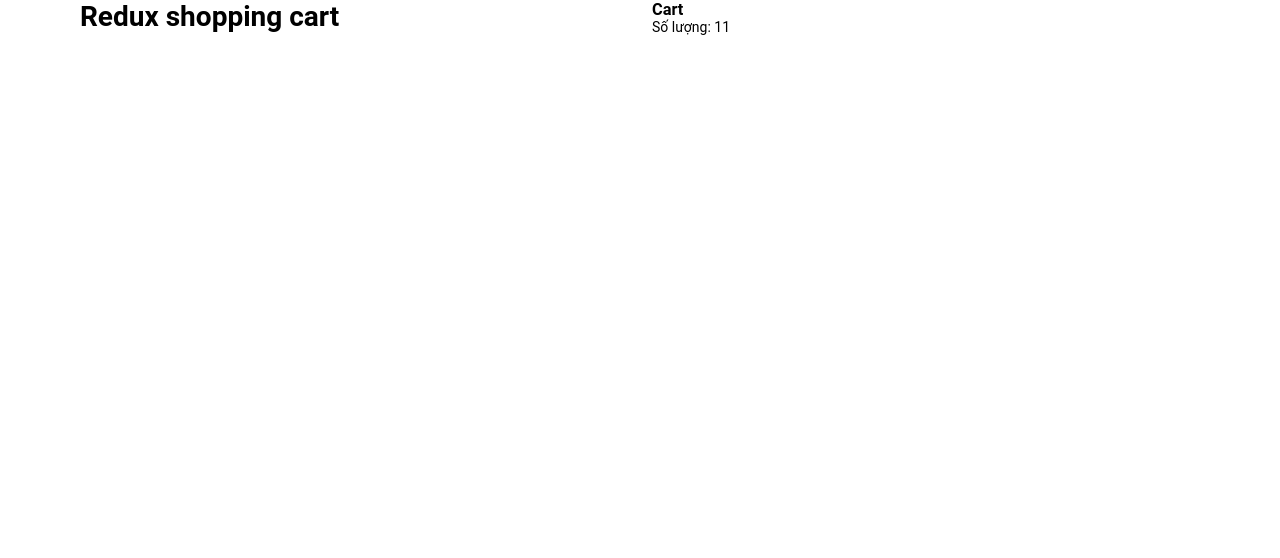
Repository: tungdt-95/test
Page: /
The author's editor kept a copy of each file at every save. The page is drawn from the files as they stood at one save, then again after the next save.
The browser window is 1280 px wide. The pictures show the whole page.
The project was rebuilt for these pictures with package versions that can differ from the ones it lists, and the page was loaded fresh each time. Also part of the build but not shown: src/App.css, src/component/Cart.js.

Above is the page before, as saved 2022-01-04 19:47:44.

### src/index.js
import React from 'react';
import ReactDOM from 'react-dom';
import './css/index.css';
import App from './App';
import reportWebVitals from './reportWebVitals';
import { Provider} from "react-redux"
import store from "./redux/store"
ReactDOM.render(
  <React.StrictMode>
    <Provider store={store}>
     <App />
    </Provider>
  </React.StrictMode>,
  document.getElementById('root')
);

// If you want to start measuring performance in your app, pass a function
// to log results (for example: reportWebVitals(console.log))
// or send to an analytics endpoint. Learn more: https://bit.ly/CRA-vitals
reportWebVitals();

### src/css/index.css
@import "./grid.css";
*
{
  margin: 0;
  padding: 0;
  box-sizing: border-box;
}
html
{
  font-size: 14px;
}
body
{
  font-family: 'Roboto', sans-serif;
}
ul
{
  list-style-type: none;
}
a
{
  text-decoration: none;
  color: unset;
}
img
{
    width: 200px;
    height: 200px;
}

### src/App.js

import './App.css';
import React from "react";
import Products from './component/Products';
import Cart from "./component/Cart";
import Navbar from './component/Navbar';
import { BrowserRouter as Router, Switch, Route } from "react-router-dom";
function App() {
  return (
    <Router>
      <Navbar></Navbar>
      <Switch>
        <Route exact path="/cart" component={Cart}></Route>
        <Route exact path="/" component={Products}></Route>
      </Switch>
    </Router>

  );
}

export default App;

### src/redux/store.js
import { createStore} from "redux"
import rootReducer from "./rootReducer";
import {composeWithDevTools} from "redux-devtools-extension"
const store = createStore(rootReducer,composeWithDevTools());


export default store;

### src/css/grid.css

/*
                        l:PC
                        m:TAPLET
                        c:MOBILE
*/


.grid {
    width: 100%;
    display: block;
    padding: 0;
}

.grid.wide {
    max-width: 1200px;
    margin: 0 auto;
    padding: 0 40px;
}

.row {
    display: flex;
    flex-wrap: wrap;
    margin-left: -8px;
    margin-right: -8px;
}

.row.no-gutters {
    margin-left: 0;
    margin-right: 0;
}

.col {
    padding-left: 4px;
    padding-right: 4px;
}

.row.no-gutters .col {
    padding-left: 0;
    padding-right: 0;
}

.c-0 {
    display: none;
}

.c-1 {
    flex: 0 0 8.33333%;
    max-width: 8.33333%;
}

.c-2 {
    flex: 0 0 16.66667%;
    max-width: 16.66667%;
}

.c-3 {
    flex: 0 0 25%;
    max-width: 25%;
}

.c-4 {
    flex: 0 0 33.33333%;
    max-width: 33.33333%;
}

.c-5 {
    flex: 0 0 41.66667%;
    max-width: 41.66667%;
}

.c-6 {
    flex: 0 0 50%;
    max-width: 50%;
}

.c-7 {
    flex: 0 0 58.33333%;
    max-width: 58.33333%;
}

.c-8 {
    flex: 0 0 66.66667%;
    max-width: 66.66667%;
}

.c-9 {
    flex: 0 0 75%;
    max-width: 75%;
}

.c-10 {
    flex: 0 0 83.33333%;
    max-width: 83.33333%;
}

.c-11 {
    flex: 0 0 91.66667%;
    max-width: 91.66667%;
}

.c-12 {
    flex: 0 0 100%;
    max-width: 100%;
}

.c-o-1 {
    margin-left: 8.33333%;
}

.c-o-2 {
    margin-left: 16.66667%;
}

.c-o-3 {
    margin-left: 25%;
}

.c-o-4 {
    margin-left: 33.33333%;
}

.c-o-5 {
    margin-left: 41.66667%;
}

.c-o-6 {
    margin-left: 50%;
}

.c-o-7 {
    margin-left: 58.33333%;
}

.c-o-8 {
    margin-left: 66.66667%;
}

.c-o-9 {
    margin-left: 75%;
}

.c-o-10 {
    margin-left: 83.33333%;
}

.c-o-11 {
    margin-left: 91.66667%;
}

/* >= Tablet */
@media (min-width: 740px) {
    .row {
        margin-left: -8px;
        margin-right: -8px;
    }

    .col {
        padding-left: 8px;
        padding-right: 8px;
    }

    .m-0 {
        display: none;
    }

    .m-1,
    .m-2,
    .m-3,
    .m-4,
    .m-5,
    .m-6,
    .m-7,
    .m-8,
    .m-9,
    .m-10,
    .m-11,
    .m-12 {
        display: block;
    }

    .m-1 {
        flex: 0 0 8.33333%;
        max-width: 8.33333%;
    }

    .m-2 {
        flex: 0 0 16.66667%;
        max-width: 16.66667%;
    }

    .m-3 {
        flex: 0 0 25%;
        max-width: 25%;
    }

    .m-4 {
        flex: 0 0 33.33333%;
        max-width: 33.33333%;
    }

    .m-5 {
        flex: 0 0 41.66667%;
        max-width: 41.66667%;
    }

    .m-6 {
        flex: 0 0 50%;
        max-width: 50%;
    }

    .m-7 {
        flex: 0 0 58.33333%;
        max-width: 58.33333%;
    }

    .m-8 {
        flex: 0 0 66.66667%;
        max-width: 66.66667%;
    }

    .m-9 {
        flex: 0 0 75%;
        max-width: 75%;
    }

    .m-10 {
        flex: 0 0 83.33333%;
        max-width: 83.33333%;
    }

    .m-11 {
        flex: 0 0 91.66667%;
        max-width: 91.66667%;
    }

    .m-12 {
        flex: 0 0 100%;
        max-width: 100%;
    }

    .m-o-1 {
        margin-left: 8.33333%;
    }

    .m-o-2 {
        margin-left: 16.66667%;
    }

    .m-o-3 {
        margin-left: 25%;
    }

    .m-o-4 {
        margin-left: 33.33333%;
    }

    .m-o-5 {
        margin-left: 41.66667%;
    }

    .m-o-6 {
        margin-left: 50%;
    }

    .m-o-7 {
        margin-left: 58.33333%;
    }

    .m-o-8 {
        margin-left: 66.66667%;
    }

    .m-o-9 {
        margin-left: 75%;
    }

    .m-o-10 {
        margin-left: 83.33333%;
    }

    .m-o-11 {
        margin-left: 91.66667%;
    }
}

/* PC medium resolution > */
@media (min-width: 1113px) {
    .row {
        margin-left: -12px;
        margin-right: -12px;
    }

    .row.sm-gutter {
        margin-left: -5px;
        margin-right: -5px;
    }

    .col {
        padding-left: 12px;
        padding-right: 12px;
    }

    .row.sm-gutter .col {
        padding-left: 5px;
        padding-right: 5px;
    }

    .l-0 {
        display: none;
    }

    .l-1,
    .l-2,
    .l-2-4,
    .l-3,
    .l-4,
    .l-5,
    .l-6,
    .l-7,
    .l-8,
    .l-9,
    .l-10,
    .l-11,
    .l-12 {
        display: block;
    }

    .l-1 {
        flex: 0 0 8.33333%;
        max-width: 8.33333%;
    }

    .l-2 {
        flex: 0 0 16.66667%;
        max-width: 16.66667%;
    }

    .l-2-4 {
        flex: 0 0 20%;
        max-width: 20%;
    }

    .l-3 {
        flex: 0 0 25%;
        max-width: 25%;
    }

    .l-4 {
        flex: 0 0 33.33333%;
        max-width: 33.33333%;
    }

    .l-5 {
        flex: 0 0 41.66667%;
        max-width: 41.66667%;
    }

    .l-6 {
        flex: 0 0 50%;
        max-width: 50%;
    }

    .l-7 {
        flex: 0 0 58.33333%;
        max-width: 58.33333%;
    }

    .l-8 {
        flex: 0 0 66.66667%;
        max-width: 66.66667%;
    }

    .l-9 {
        flex: 0 0 75%;
        max-width: 75%;
    }

    .l-10 {
        flex: 0 0 83.33333%;
        max-width: 83.33333%;
    }

    .l-11 {
        flex: 0 0 91.66667%;
        max-width: 91.66667%;
    }

    .l-12 {
        flex: 0 0 100%;
        max-width: 100%;
    }

    .l-o-1 {
        margin-left: 8.33333%;
    }

    .l-o-2 {
        margin-left: 16.66667%;
    }

    .l-o-3 {
        margin-left: 25%;
    }

    .l-o-4 {
        margin-left: 33.33333%;
    }

    .l-o-5 {
        margin-left: 41.66667%;
    }

    .l-o-6 {
        margin-left: 50%;
    }

    .l-o-7 {
        margin-left: 58.33333%;
    }

    .l-o-8 {
        margin-left: 66.66667%;
    }

    .l-o-9 {
        margin-left: 75%;
    }

    .l-o-10 {
        margin-left: 83.33333%;
    }

    .l-o-11 {
        margin-left: 91.66667%;
    }
}

/* Tablet - PC low resolution */
@media (min-width: 740px) and (max-width: 1023px) {
    .wide {
        width: 644px;
    }
}

/* > PC low resolution */
@media (min-width: 1024px) and (max-width: 1239px) {
    .wide {
        width: 984px;
    }

    .wide .row {
        margin-left: -12px;
        margin-right: -12px;
    }

    .wide .row.sm-gutter {
        margin-left: -5px;
        margin-right: -5px;
    }

    .wide .col {
        padding-left: 12px;
        padding-right: 12px;
    }

    .wide .row.sm-gutter .col {
        padding-left: 5px;
        padding-right: 5px;
    }

    .wide .l-0 {
        display: none;
    }

    .wide .l-1,
    .wide .l-2,
    .wide .l-2-4,
    .wide .l-3,
    .wide .l-4,
    .wide .l-5,
    .wide .l-6,
    .wide .l-7,
    .wide .l-8,
    .wide .l-9,
    .wide .l-10,
    .wide .l-11,
    .wide .l-12 {
        display: block;
    }

    .wide .l-1 {
        flex: 0 0 8.33333%;
        max-width: 8.33333%;
    }

    .wide .l-2 {
        flex: 0 0 16.66667%;
        max-width: 16.66667%;
    }

    .wide .l-2-4 {
        flex: 0 0 20%;
        max-width: 20%;
    }

    .wide .l-3 {
        flex: 0 0 25%;
        max-width: 25%;
    }

    .wide .l-4 {
        flex: 0 0 33.33333%;
        max-width: 33.33333%;
    }

    .wide .l-5 {
        flex: 0 0 41.66667%;
        max-width: 41.66667%;
    }

    .wide .l-6 {
        flex: 0 0 50%;
        max-width: 50%;
    }

    .wide .l-7 {
        flex: 0 0 58.33333%;
        max-width: 58.33333%;
    }

    .wide .l-8 {
        flex: 0 0 66.66667%;
        max-width: 66.66667%;
    }

    .wide .l-9 {
        flex: 0 0 75%;
        max-width: 75%;
    }

    .wide .l-10 {
        flex: 0 0 83.33333%;
        max-width: 83.33333%;
    }

    .wide .l-11 {
        flex: 0 0 91.66667%;
        max-width: 91.66667%;
    }

    .wide .l-12 {
        flex: 0 0 100%;
        max-width: 100%;
    }

    .wide .l-o-1 {
        margin-left: 8.33333%;
    }

    .wide .l-o-2 {
        margin-left: 16.66667%;
    }

    .wide .l-o-3 {
        margin-left: 25%;
    }

    .wide .l-o-4 {
        margin-left: 33.33333%;
    }

    .wide .l-o-5 {
        margin-left: 41.66667%;
    }

    .wide .l-o-6 {
        margin-left: 50%;
    }

    .wide .l-o-7 {
        margin-left: 58.33333%;
    }

    .wide .l-o-8 {
        margin-left: 66.66667%;
    }

    .wide .l-o-9 {
        margin-left: 75%;
    }

    .wide .l-o-10 {
        margin-left: 83.33333%;
    }

    .wide .l-o-11 {
        margin-left: 91.66667%;
    }
}

### src/component/Products.js
import React from 'react';
import { connect } from "react-redux";
import Product from "./Product";



const Products = ({ products }) => {
console.log("🚀 ~ file: Products.js ~ line 8 ~ Products ~ products", products)
    return (
        <div className='grid wide'>
            <div className='row'>
                {
                    // products.map((prod) =>
                    // (
                    //     <Product key={prod.id} productData={prod}/>
                    // ))
                }
            </div>
        </div>
    );
};

const mapStatetoProp = state => {
    return {
        products: state.cart.products,
    }
}

const mapdispatchtoprop = dispatch => {
    return {
        // Addtocart: (id) => dispatch(Addtocart(id))
    }
}

export default connect(mapStatetoProp, mapdispatchtoprop)(Products);

### src/component/Navbar.js
import React from 'react';
import { Link } from "react-router-dom"
const Navbar = () => {
    return (
        <div className='grid wide' style={{ marginBottom: 40 }}>
            <div className='row'>
                <div className='col l-6'>
                    <Link to="/">
                        <h1>Redux shopping cart</h1>

                    </Link>
                </div>

                <div className='col l-6'>
                    <div>
                        <Link to="/cart">
                            <h3>Cart</h3>

                        </Link>
                        <p>Số lượng: 11</p>
                    </div>
                </div>

            </div>


        </div>
    );
};

export default Navbar;

### src/redux/rootReducer.js
import {combineReducers} from "redux";

import CartReducer from "./actions/actions-reducer"


const rootReducer = combineReducers({

    cart: CartReducer,
})




export default rootReducer;

### src/redux/actions/actions-reducer.js
import * as actionTypes from "./actions-type";


const Initstate = {
    products: [
        {
            id: 1,
            img: "https://mrsimple.s3.cloud.cmctelecom.vn/images/products/3145/1024x15368GI6Pa7SBv4UHTg4JQwo3AaC1MWrKkOfiSVxCbF4.jpeg",
            title: "ÁO PHOLO SỌC XANH THỦY THỦ",
            price: "336.000",
        },
        {
            id: 2,
            img: "https://mrsimple.s3.cloud.cmctelecom.vn/images/products/3131/1024x1536Ubkl50DI4Hgb5VwcHhOM6O5cwXvcGhTIumeem1uY.jpeg",
            title: "ÁO POLO LOGO MRSIMPLE",
            price: "250.000"
        },
        {
            id: 3,
            img: "https://mrsimple.s3.cloud.cmctelecom.vn/images/products/2302/1024x1536gowTe2KSdtjNiOCwzO15V70YRm8FHMDFAmT7FPU7.jpeg",
            title: "ÁO POLO SỌC XANH DƯƠNG",
            price: "400.000"
        },
        {
            id: 4,
            img: "https://mrsimple.s3.cloud.cmctelecom.vn/images/products/2984/1024x1536A6GXufyTdYm7l5RmngGTZUr1XqduESWU4sC5rSc1.jpeg",
            title: "ÁO POLO XÁM FORM REGULAR VẢI 9366",
            price: "425.000"
        },
        {
            id: 5,
            img: "https://mrsimple.s3.cloud.cmctelecom.vn/images/products/2920/1024x1536gXJ3iM8Gyy4yBQ6bzFrc8QTmE7ADj2TCBulqV4wK.jpeg",
            title: "ÁO POLO 2 NÚT VẢI COTTON VÀNG",
            price: "256.000"
        },
        {
            id: 6,
            img: "https://mrsimple.s3.cloud.cmctelecom.vn/images/products/2918/1024x1536fKOGfbbStt5u5H218GQEX8tNcjbx76ZGokZqJ5pb.jpeg",
            title: "ÁO POLO XANH DƯƠNG",
            price: "350.000"
        },
        {
            id: 7,
            img: "https://mrsimple.s3.cloud.cmctelecom.vn/images/products/2731/1024x1536rVeBHzzDhWUcFPu5XZ81ssXxgvadjklhekZLeDBr.jpeg",
            title: "POLO NAM LEN DỆT",
            price: "520.000"
        },
        {
            id: 8,
            img: "https://mrsimple.s3.cloud.cmctelecom.vn/images/products/2574/1024x15369Wx22zslYpGn79YsximoXfEWNSmBRsV4qrCBsrdp.jpeg",
            title: "POLO SỌC NGANG ĐEN TRẮNG",
            price: "320.000"
        }
    ],
    cart: [],
    currentItem: null,
}

const CartReducer = (state = Initstate, action )  => {

    switch (action.type) {
        case actionTypes.ADD_TO_CART:

            const item = state.products.find(pro => pro.id === action.payload.id)
            const Incart = state.products.find(item => item.id === action.payload.id ? true : false)

            return {
                ...state,
                cart: Incart
                  ? state.cart.map(( item )=>
                     item.id === action.payload.id ? {...item,qty: item.qty + 1}
                        : item
                     )
                     : [...state.cart,{...item,qty:1}]

            }
        case actionTypes.REMOVE_FROM_CART:
            return {
                ...state,
                cart: state.cart.filter((item) =>
                    item.id !== action.payload.id
                )
            }
        case actionTypes.QUANTITY:
            return {
                ...state,
                cart: state.cart.map( item =>
                    item.id === action.payload.id
                    ? {...item,qty: action.payload.qty}
                     : item
                )
            }
        case actionTypes.LOAD_CURRENT_ITEM:
            return {
                ...state,
                currentItem : action.payload,

            }
        default:
            return state;
    }
}
export default CartReducer;

### src/redux/actions/actions-type.js
export const ADD_TO_CART = "ADD_TO_CART";
export const REMOVE_FROM_CART = "REMOVE_FROM_CART";
export const QUANTITY = "QUANTITY";
export const LOAD_CURRENT_ITEM = "LOAD_CURRENT_ITEM";

### src/component/Product.js
import React from 'react';
import { Link } from "react-router-dom";

const Product = (productData) => {
    return (
        <div className='col l-3'>
            <img src={productData.img}></img>
            <h4>{productData.title}</h4>
            <h4>{productData.price}</h4>
            <Link to="/product/someID">
                <button >View Item</button>
            </Link>
            <Link>
                <button >Mua</button>
            </Link>
        </div>
    );
};

export default Product;

Loaded but not shown: public/index.html (common file); src/reportWebVitals.js (common file)

After the next save:
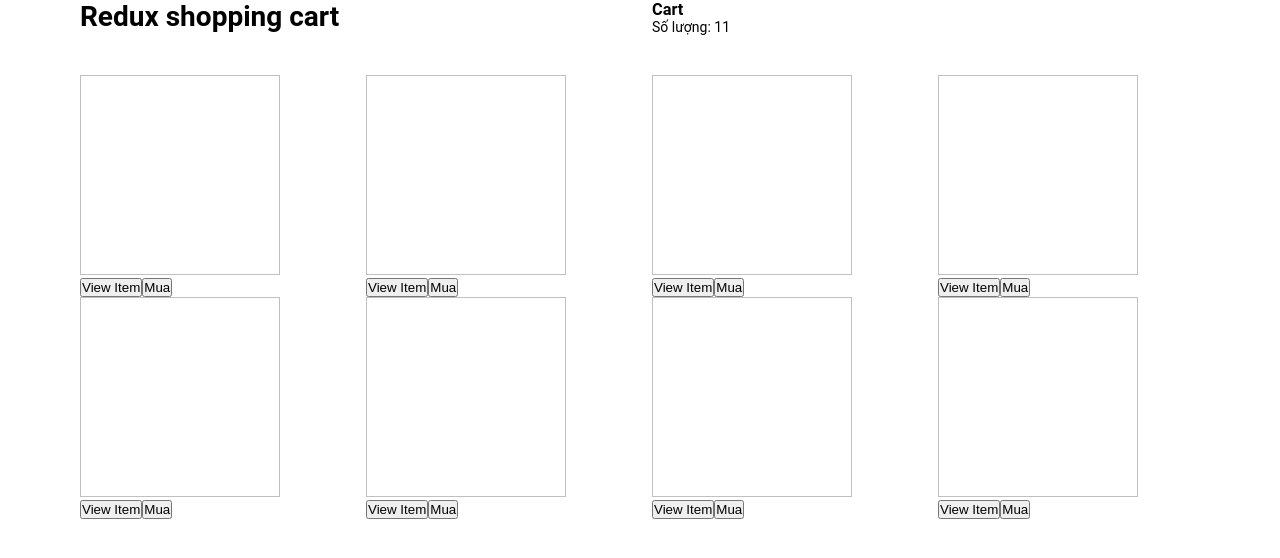
Saved 18 s later.
--- a/src/component/Products.js
+++ b/src/component/Products.js
@@ -10,10 +10,10 @@ console.log("🚀 ~ file: Products.js ~ line 8 ~ Products ~ products", products)
         <div className='grid wide'>
             <div className='row'>
                 {
-                    // products.map((prod) =>
-                    // (
-                    //     <Product key={prod.id} productData={prod}/>
-                    // ))
+                    products.map((prod) =>
+                    (
+                        <Product key={prod.id} productData={prod}/>
+                    ))
                 }
             </div>
         </div>
